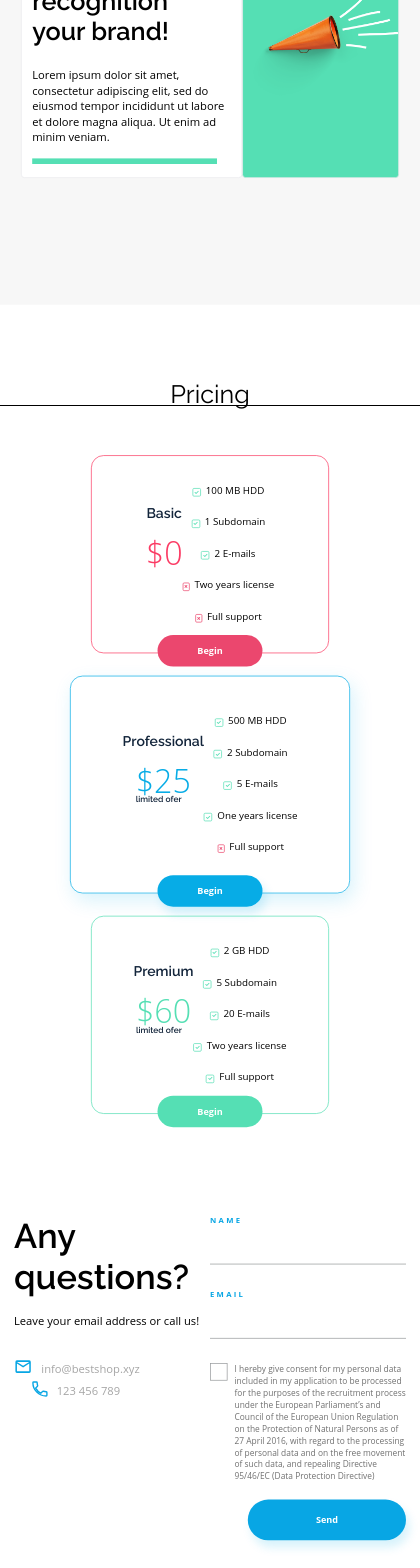
Repository: VolodymyrDubnytskyi/BestShop_project
Page: index.html
An editor plug-in stored every save of this project. The page is shown before and after the next save, followed by the edit.
The browser window is 600 px wide. The pictures show the part of the page from y = 2326 to 4566 px (the page is 4743 px tall), at 70% of full size.
Some web libraries are served in a nearby version.

Above is the page before, as saved 2020-01-18 13:04:46.

After the next save:
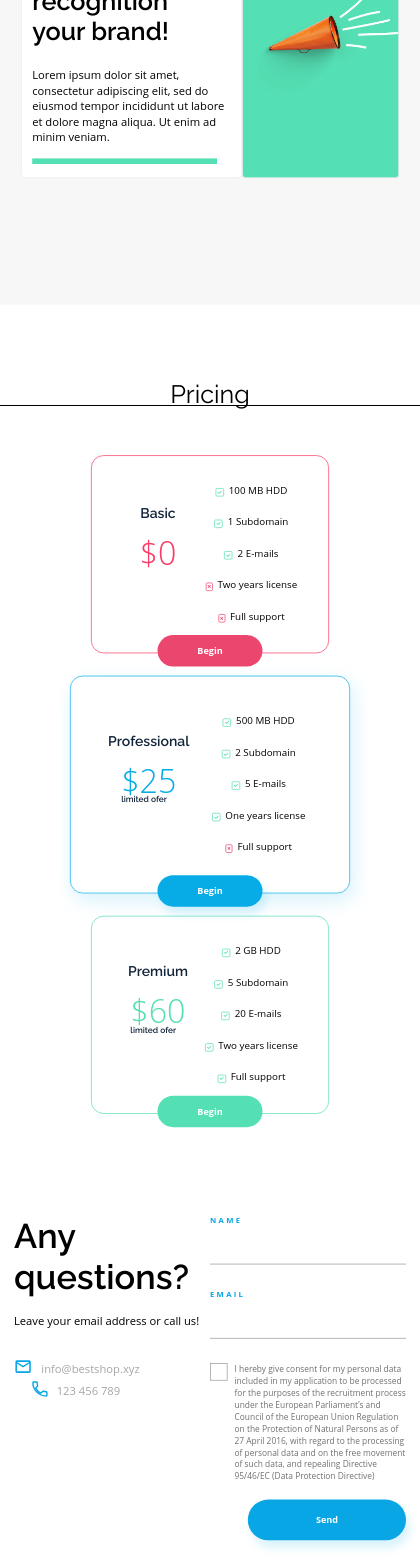
Saved 2 min 58 s later.
--- a/css/style.css
+++ b/css/style.css
@@ -959,4 +959,10 @@ background-color: #eb476d1d;
     bottom: -20px;
     top: auto;
   }
-}
+  .pricing-box-heading{
+flex-basis: 35%;
+  }
+  .pricing-container-for-content{
+    flex-basis: 44%;
+  }
+}
